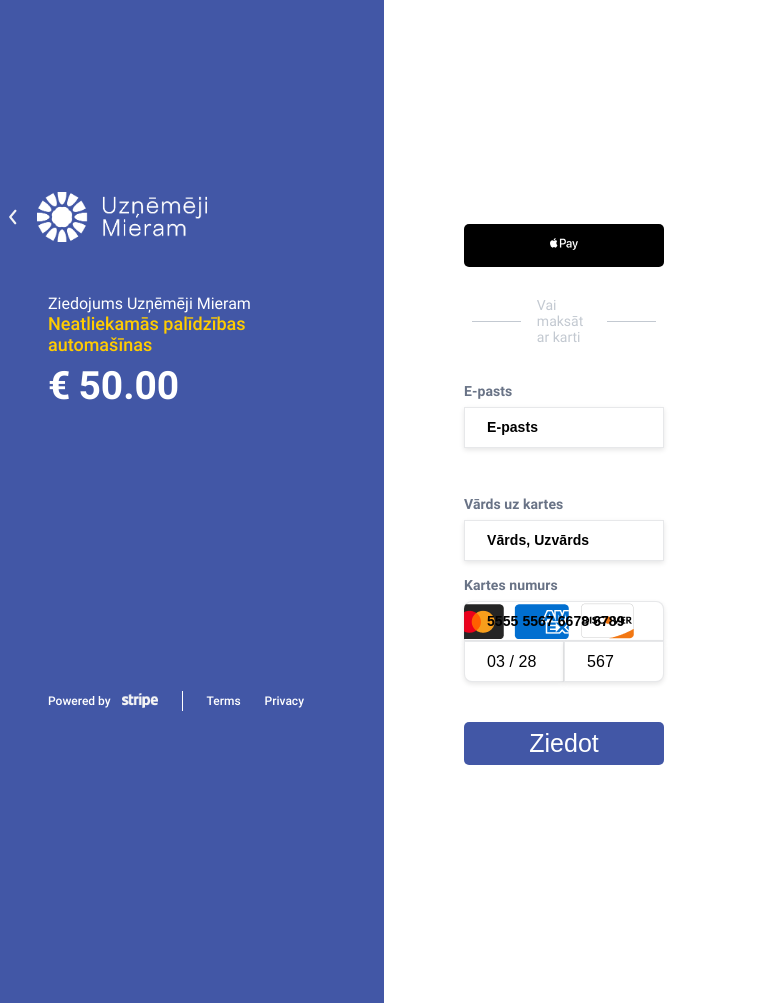
Repository: KatrinaPa/projekts_jul
Page: stripe.html
An editor plug-in stored every save of this project. The page is shown before and after the next save, followed by the edit.
The browser window is 768 px wide. The pictures show the whole page.

Above is the page before, as saved 2023-08-02 15:50:10.

After the next save:
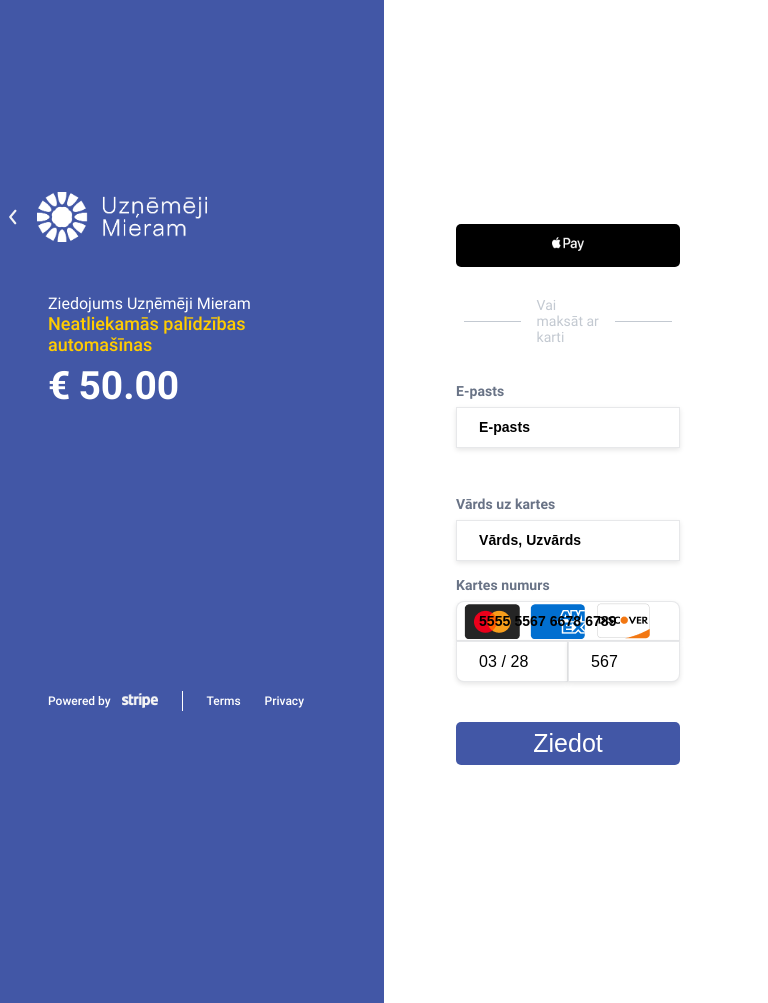
Saved 69 s later.
--- a/assets/stripe-styles.css
+++ b/assets/stripe-styles.css
@@ -297,7 +297,7 @@
 
 @media (max-width: 1020px) {
     .wrapper_right {
-        padding: 13rem 6.5rem 0 5rem;
+        padding: 13rem 5.5rem 0 4.5rem;
     }
 }
 
